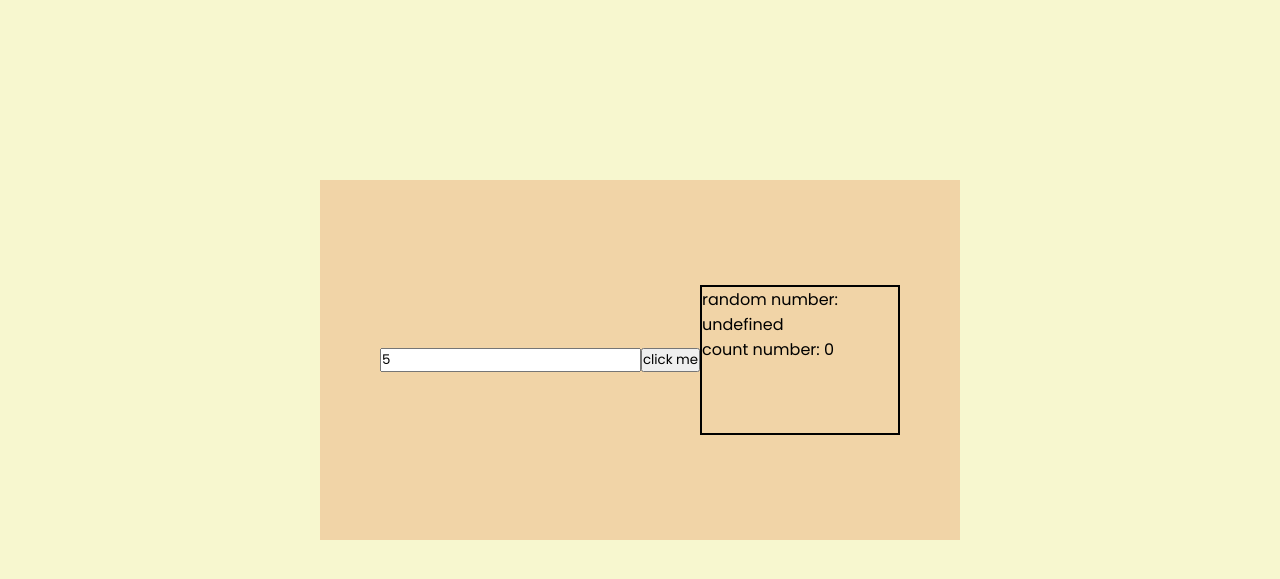
Repository: LusyaPetrosyan/Guessing-Game
Page: index.html
An editor plug-in stored every save of this project. The page is shown before and after a run of saves, followed by the edit.
The browser window is 1280 px wide. The pictures show the whole page.
Empty fields were first filled with sample values (such as "Sample", 5 or name@example.com).
After loading, the first visible `#button` was clicked once.

Above is the page before, as saved 2022-02-22 18:20:25.

### index.html
<!DOCTYPE html>
<html lang="en">
<head>
    <meta charset="UTF-8">
    <meta http-equiv="X-UA-Compatible" content="IE=edge">
    <meta name="viewport" content="width=device-width, initial-scale=1.0">
    <title>Document</title>
    <link rel="stylesheet" href="style.css">
</head>
<body>
    <div class="body">
        <div class="conteiner">
            <div class="main">
                <input type="number" id="value" placeholder="enter number 1-6">
                <button class="btn" id="button">click me</button>
                <div class="table" id="show-text">
                    <p class="p1"></p>
                    <p class="p2"></p>
                </div>
                <p class="sum"></p>
            </div>
        </div>
    <script src="script.js"></script>
</body>
</html>

### style.css
@import url('https://fonts.googleapis.com/css2?family=Poppins:wght@200;300;400;500;600;700&display=swap');
* {
    margin: 0;
    padding: 0;
    box-sizing: border-box;
    font-family: 'Poppins', sans-serif;
}

.body {
    background-color: rgb(247, 247, 207);
    position: absolute;
    width: 100%;
    height: 100%;
    display: flex;
    align-items: center;
    justify-content: center;
}

.conteiner {
    background-color: rgb(241, 212, 167);
    position: relative;
    width: 50%;
    height: 50%;
    display: flex;
    align-items: center;
    justify-content: center;
}

.main {
    display: contents;
    flex-direction: row;
}


/* .btn {

} */

.table {
    border: 2px solid black;
    width: 200px;
    height: 150px;
}

### script.js
const value = document.getElementById("value");
const button = document.getElementById("button");
const p1Text = document.querySelector(".p1");
let p2Text = document.querySelector(".p2");
const sum = document.querySelector(".sum");
let showText = document.getElementById("show-text");
let count = 0;

function randomNum(max) {
    return
}

button.addEventListener("click", function() {
    let random = randomNum(6);
    p1Text.innerText = "random number: " + random;
    let inputValue = "";
    if (Number(value.value) > 6 || Number(value.value) < 1) {
        showText.innerText = "";
        alert("enter chisht number, 1-6")
    } else {
        inputValue = Number(value.value);
    }

    if (inputValue === random) {
        count = 2;
    } else if (Math.abs(inputValue - random) === 1) {
        count = 1;
    } else {
        count = 0;
    }

    p2Text.innerText = "count number: " + count;
})

After the next 3 saves:
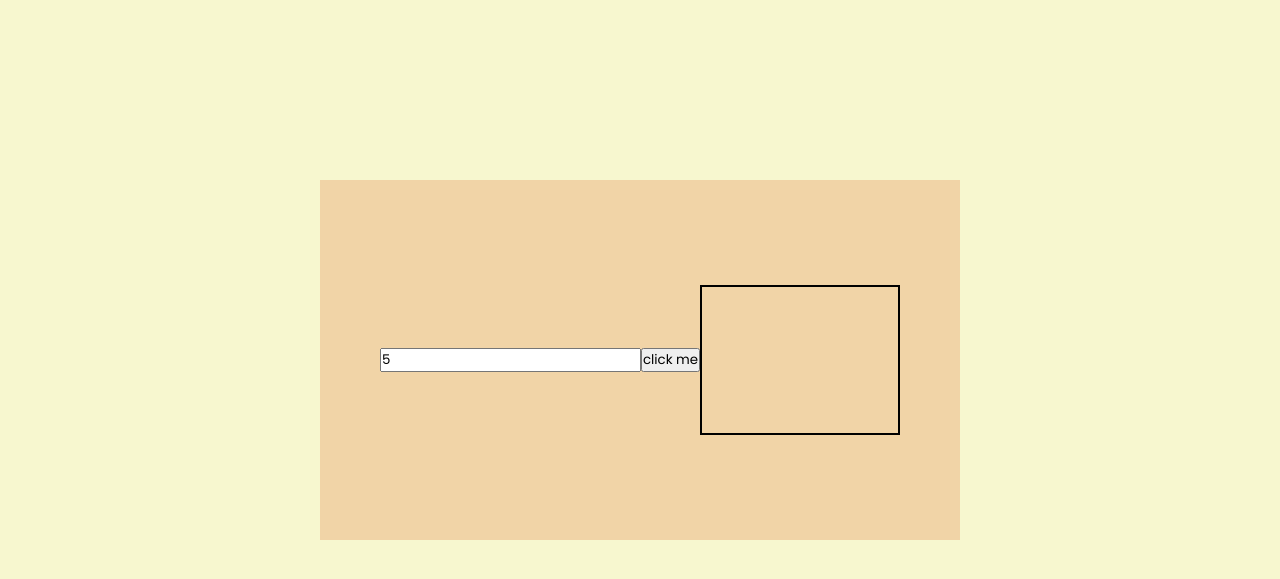
Console error: ReferenceError: randomNum is not defined
The 3 saves are shown as one change because they came seconds apart.
The last was saved 9 s later.
--- a/script.js
+++ b/script.js
@@ -6,9 +6,7 @@ const sum = document.querySelector(".sum");
 let showText = document.getElementById("show-text");
 let count = 0;
 
-function randomNum(max) {
-    return
-}
+
 
 button.addEventListener("click", function() {
     let random = randomNum(6);
